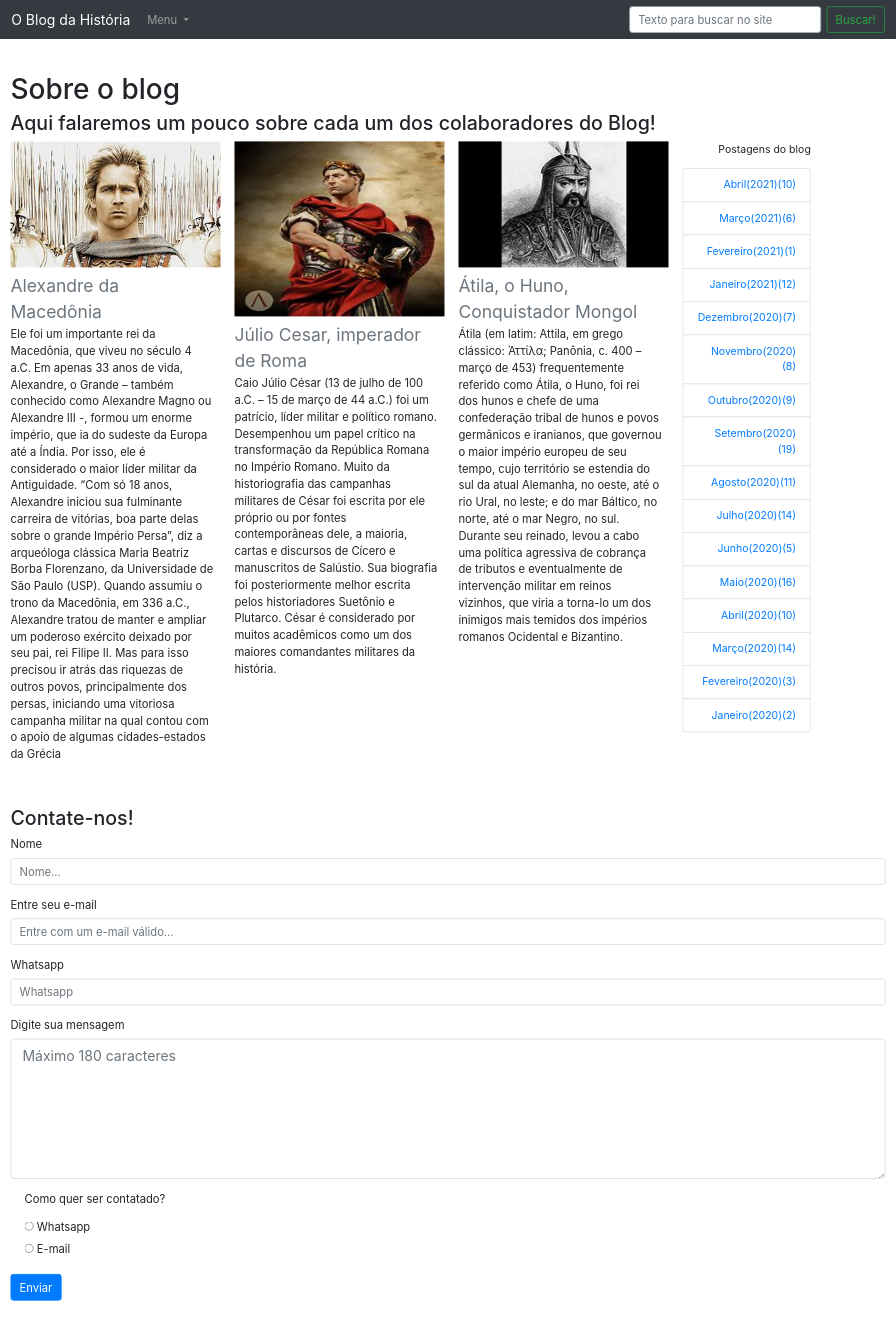
Repository: xhenrique/blog_layout_bootstrap
Page: source/sobre.html
An editor plug-in stored every save of this project. The page is shown before and after the next save, followed by the edit.
The browser window is 1280 px wide. The pictures show the whole page, at 70% of full size.

Above is the page before, as saved 2021-04-25 03:13:18.

### source/sobre.html
<!DOCTYPE html>
<html lang="pt-br">
  <head>
    <!-- Meta tags Obrigatórias -->
    <meta charset="utf-8">
    <meta name="viewport" content="width=device-width, initial-scale=1, shrink-to-fit=no">

    <!-- Bootstrap CSS -->
    <link rel="stylesheet" href="https://stackpath.bootstrapcdn.com/bootstrap/4.1.3/css/bootstrap.min.css" integrity="sha384-MCw98/SFnGE8fJT3GXwEOngsV7Zt27NXFoaoApmYm81iuXoPkFOJwJ8ERdknLPMO" crossorigin="anonymous">
    <title>O Blog da História</title>
  </head>
  <body>
    <nav class="navbar navbar-expand-md navbar-dark bg-dark sticky-top">
        <a class = "navbar-brand" href="index.html">O Blog da História</a>

        <!--Especificações do que é cada um dos atributos!!!!!
            "aria-controls": define a relação entre os elementos, um elemento é pai e o outro filho, deve ser definido no pai, relacionando o filho;
            "data-target" : Define o que será exibido quando clicar na opção do menu;
            "data-toggle" : o que vai acontecer quando eu clicar em cima do botão, collapse, por exemplo, faz o botão expandir e retrair as opções;
            "aria-expanded" : Flag para o navegador informando que o elemento não está expandido;
            "aria-label" : é usado para definir uma string na tag do elemento atual.
        -->
        <button class="navbar-toggler" type="button" data-toggle="collapse" data-target="#navbarCfg" aria-controls="navbarCfg">
            <span class="navbar-toggler-icon"></span>
        </button>
        <div class="collapse navbar-collapse" id="navbarCfg">
            <ul class="navbar-nav mr-auto">
                <a class="nav-link dropdown-toggle" href="#" id="navbarDropdown" role="button" data-toggle="dropdown" aria-haspopup="true" aria-expanded="false">
                Menu
                </a>
                <div class="dropdown-menu" aria-labelledby="navbarDropdown">
                <a class="dropdown-item" href="index.html">Início</a>
                <a class="dropdown-item" href="sobre.html">Sobre</a>
                <a class="dropdown-item" href="posts.html">Postagens</a>
                <div class="dropdown-divider"></div>
                <p style="text-align: left; padding-left: 10px;"> Criado por: <br/>José Xavier<br/>UFPA - 2021</p>
                </div>
            </ul>
            <form class="form-inline my-2 my-lg-0">
            <input class="form-control mr-sm-2" type="search" placeholder="Texto para buscar no site" aria-label="Search">
            <button class="btn btn-outline-success my-2 my-sm-0" type="submit">Buscar!</button>
            </form>
        </div>
    </nav>

    <div class="container-fluid" id="sobreContainer">
        <div id="sobre_o_blog" class="text-left">
            <br/>
            <br/>
            <h1>Sobre o blog</h1>
            <h3>Aqui falaremos um pouco sobre cada um dos colaboradores do Blog!</h3>
        </div>
        <div class="row d-flex">
            <div class="col-md-3">
                <img class="figure-img" src="../img/alexandre.jpg" alt="Xandão"  style="height: 180px; width: 300px">
                <figcaption class="figure-caption" style="font-size: 25px;">
                    Alexandre da Macedônia
                </figcaption>
                <p>Ele foi um importante rei da Macedônia, que viveu no século 4 a.C. Em apenas 33 anos de vida, Alexandre, o Grande – também conhecido como Alexandre Magno ou Alexandre III -, formou um enorme império, que ia do sudeste da Europa até a Índia. Por isso, ele é considerado o maior líder militar da Antiguidade. “Com só 18 anos, Alexandre iniciou sua fulminante carreira de vitórias, boa parte delas sobre o grande Império Persa”, diz a arqueóloga clássica Maria Beatriz Borba Florenzano, da Universidade de São Paulo (USP). Quando assumiu o trono da Macedônia, em 336 a.C., Alexandre tratou de manter e ampliar um poderoso exército deixado por seu pai, rei Filipe II. Mas para isso precisou ir atrás das riquezas de outros povos, principalmente dos persas, iniciando uma vitoriosa campanha militar na qual contou com o apoio de algumas cidades-estados da Grécia</p>
            </div>
            <div class="col-md-3">
                <img class="figure-img" src="../img/th.jfif" alt="imperador" style="height: 250px; width: 300px">
                <figcaption class="figure-caption" style="font-size: 25px;">
                    Júlio Cesar, imperador de Roma
                </figcaption>
                <p>Caio Júlio César (13 de julho de 100 a.C. – 15 de março de 44 a.C.) foi um patrício, líder militar e político romano. Desempenhou um papel crítico na transformação da República Romana no Império Romano. Muito da historiografia das campanhas militares de César foi escrita por ele próprio ou por fontes contemporâneas dele, a maioria, cartas e discursos de Cícero e manuscritos de Salústio. Sua biografia foi posteriormente melhor escrita pelos historiadores Suetônio e Plutarco. César é considerado por muitos acadêmicos como um dos maiores comandantes militares da história.</p>
            </div>
            <div class="col-md-3">
                <img class="figure-img" src="../img/atila.jpg" alt="o_huno" style="height: 180px; width: 300px">
                <figcaption class="figure-caption" style="font-size: 25px;">
                        Átila, o Huno, Conquistador Mongol
                </figcaption>
                <p>Átila (em latim: Attila, em grego clássico: Ἀττίλα; Panônia, c. 400 – março de 453) frequentemente referido como Átila, o Huno, foi rei dos hunos e chefe de uma confederação tribal de hunos e povos germânicos e iranianos, que governou o maior império europeu de seu tempo, cujo território se estendia do sul da atual Alemanha, no oeste, até o rio Ural, no leste; e do mar Báltico, no norte, até o mar Negro, no sul. Durante seu reinado, levou a cabo uma política agressiva de cobrança de tributos e eventualmente de intervenção militar em reinos vizinhos, que viria a torna-lo um dos inimigos mais temidos dos impérios romanos Ocidental e Bizantino.</p>
            </div>
                <div class="col-md-2">
                    <div class="text-right" style="font-size: 15px;">
                        <p>Postagens do blog</p>
                        <ul class="list-group">
                            <!--Javascript provavelmente entraria aqui, iterando sobre uma lista/matriz e exibindo a quantida de postagens por mês/ano-->
                            <li class="list-group-item"><a href="">Abril(2021)(10)</a></li>
                            <li class="list-group-item"><a href="">Março(2021)(6)</a></li>
                            <li class="list-group-item"><a href="">Fevereiro(2021)(1)</a></li>
                            <li class="list-group-item"><a href="">Janeiro(2021)(12)</a></li>
                            <li class="list-group-item"><a href="">Dezembro(2020)(7)</a></li>
                            <li class="list-group-item"><a href="">Novembro(2020)(8)</a></li>
                            <li class="list-group-item"><a href="">Outubro(2020)(9)</a></li>
                            <li class="list-group-item"><a href="">Setembro(2020)(19)</a></li>
                            <li class="list-group-item"><a href="">Agosto(2020)(11)</a></li>
                            <li class="list-group-item"><a href="">Julho(2020)(14)</a></li>
                            <li class="list-group-item"><a href="">Junho(2020)(5)</a></li>
                            <li class="list-group-item"><a href="">Maio(2020)(16)</a></li>
                            <li class="list-group-item"><a href="">Abril(2020)(10)</a></li>
                            <li class="list-group-item"><a href="">Março(2020)(14)</a></li>
                            <li class="list-group-item"><a href="">Fevereiro(2020)(3)</a></li>
                            <li class="list-group-item"><a href="">Janeiro(2020)(2)</a></li>
                        </ul>
                    </div>
                </div>
        </div>

        <form>
            <br/>
            <br/>

            <h3>
                Contate-nos!
            </h3>
            <div class="mb-3">
                <label for="nameInput" class="form-label">Nome</label>
                <input type="email" placeholder="Nome..." class="form-control" id="nameInput" aria-describedby="input_name" required>
            </div>
            <div class="mb-3">
                <label for="inputEmail" class="form-label">Entre seu e-mail</label>
                <input type="email" placeholder="Entre com um e-mail válido..." class="form-control" id="inputEmail" aria-describedby="emailHelp" required>
            </div>
              <div class="mb-3">
                <label for="wppInput" class="form-label">Whatsapp</label>
                <input type="text" placeholder="Whatsapp" class="form-control" id="wppInput">
              </div>
              <div class="mb-3">
                <label for="msgInput" class="form-label">Digite sua mensagem</label>
                <textarea type="text" placeholder="Máximo 180 caracteres" maxlength="180" class="form-control form-control-lg" id="msgInput" style="height: 200px;"></textarea>
              </div>
              <div class="mb-3 form-check">
                  <p>Como quer ser contatado?
                  </p>
                  <input type="radio" id="wpp" name="whatsapp" value="Whatsapp">
                  <label for="wpp">Whatsapp</label><br>
                  <input type="radio" id="e-mail" name="email" value="E-mail">
                  <label for="e-mail">E-mail</label><br>
              </div>
              <button class="btn btn-primary" type="submit" aria-label="btnSubmmit">Enviar</button>
              <br>
              <br>
              <br>
        </form>
    </div>


    <!-- JavaScript (Opcional) -->
    <!-- jQuery primeiro, depois Popper.js, depois Bootstrap JS -->
    <script src="https://code.jquery.com/jquery-3.3.1.slim.min.js" integrity="sha384-q8i/X+965DzO0rT7abK41JStQIAqVgRVzpbzo5smXKp4YfRvH+8abtTE1Pi6jizo" crossorigin="anonymous"></script>
    <script src="https://cdnjs.cloudflare.com/ajax/libs/popper.js/1.14.3/umd/popper.min.js" integrity="sha384-ZMP7rVo3mIykV+2+9J3UJ46jBk0WLaUAdn689aCwoqbBJiSnjAK/l8WvCWPIPm49" crossorigin="anonymous"></script>
    <script src="https://stackpath.bootstrapcdn.com/bootstrap/4.1.3/js/bootstrap.min.js" integrity="sha384-ChfqqxuZUCnJSK3+MXmPNIyE6ZbWh2IMqE241rYiqJxyMiZ6OW/JmZQ5stwEULTy" crossorigin="anonymous"></script>
  </body>
</html>

After the next save:
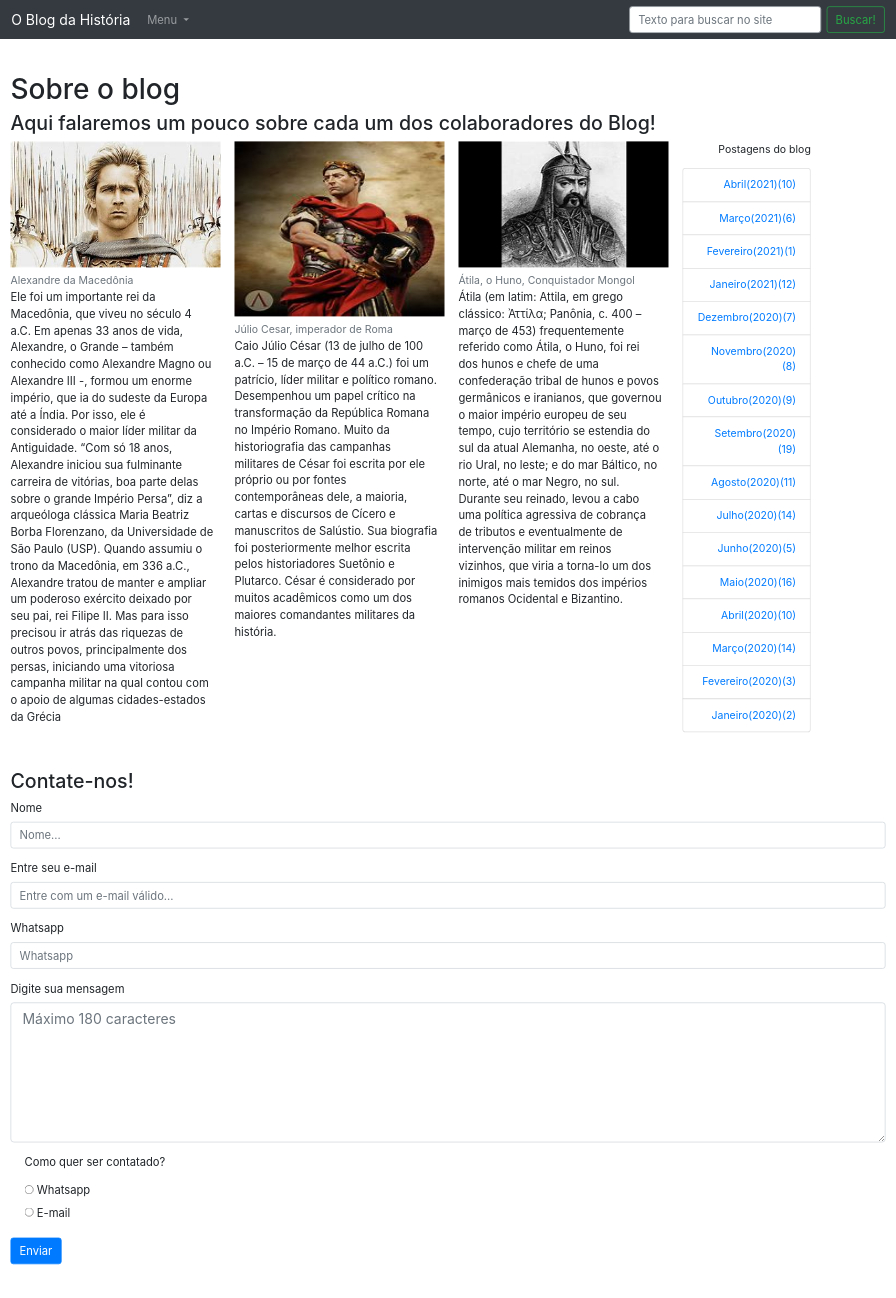
Saved 17 s later.
--- a/source/sobre.html
+++ b/source/sobre.html
@@ -53,21 +53,21 @@
         <div class="row d-flex">
             <div class="col-md-3">
                 <img class="figure-img" src="../img/alexandre.jpg" alt="Xandão"  style="height: 180px; width: 300px">
-                <figcaption class="figure-caption" style="font-size: 25px;">
+                <figcaption class="figure-caption" style="font-size: 15px;">
                     Alexandre da Macedônia
                 </figcaption>
                 <p>Ele foi um importante rei da Macedônia, que viveu no século 4 a.C. Em apenas 33 anos de vida, Alexandre, o Grande – também conhecido como Alexandre Magno ou Alexandre III -, formou um enorme império, que ia do sudeste da Europa até a Índia. Por isso, ele é considerado o maior líder militar da Antiguidade. “Com só 18 anos, Alexandre iniciou sua fulminante carreira de vitórias, boa parte delas sobre o grande Império Persa”, diz a arqueóloga clássica Maria Beatriz Borba Florenzano, da Universidade de São Paulo (USP). Quando assumiu o trono da Macedônia, em 336 a.C., Alexandre tratou de manter e ampliar um poderoso exército deixado por seu pai, rei Filipe II. Mas para isso precisou ir atrás das riquezas de outros povos, principalmente dos persas, iniciando uma vitoriosa campanha militar na qual contou com o apoio de algumas cidades-estados da Grécia</p>
             </div>
             <div class="col-md-3">
                 <img class="figure-img" src="../img/th.jfif" alt="imperador" style="height: 250px; width: 300px">
-                <figcaption class="figure-caption" style="font-size: 25px;">
+                <figcaption class="figure-caption" style="font-size: 15px;">
                     Júlio Cesar, imperador de Roma
                 </figcaption>
                 <p>Caio Júlio César (13 de julho de 100 a.C. – 15 de março de 44 a.C.) foi um patrício, líder militar e político romano. Desempenhou um papel crítico na transformação da República Romana no Império Romano. Muito da historiografia das campanhas militares de César foi escrita por ele próprio ou por fontes contemporâneas dele, a maioria, cartas e discursos de Cícero e manuscritos de Salústio. Sua biografia foi posteriormente melhor escrita pelos historiadores Suetônio e Plutarco. César é considerado por muitos acadêmicos como um dos maiores comandantes militares da história.</p>
             </div>
             <div class="col-md-3">
                 <img class="figure-img" src="../img/atila.jpg" alt="o_huno" style="height: 180px; width: 300px">
-                <figcaption class="figure-caption" style="font-size: 25px;">
+                <figcaption class="figure-caption" style="font-size: 15px;">
                         Átila, o Huno, Conquistador Mongol
                 </figcaption>
                 <p>Átila (em latim: Attila, em grego clássico: Ἀττίλα; Panônia, c. 400 – março de 453) frequentemente referido como Átila, o Huno, foi rei dos hunos e chefe de uma confederação tribal de hunos e povos germânicos e iranianos, que governou o maior império europeu de seu tempo, cujo território se estendia do sul da atual Alemanha, no oeste, até o rio Ural, no leste; e do mar Báltico, no norte, até o mar Negro, no sul. Durante seu reinado, levou a cabo uma política agressiva de cobrança de tributos e eventualmente de intervenção militar em reinos vizinhos, que viria a torna-lo um dos inimigos mais temidos dos impérios romanos Ocidental e Bizantino.</p>
